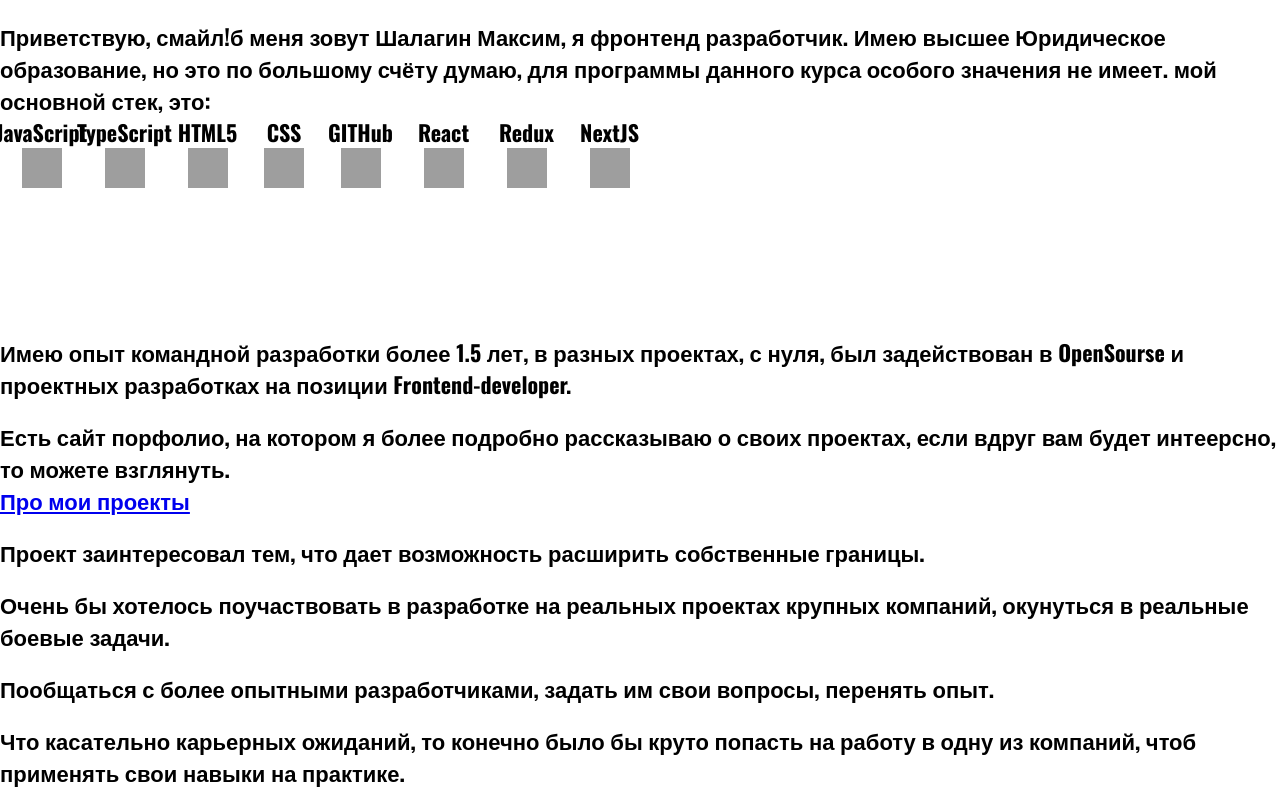
Repository: ni4egonepridumal/letter
Page: index.html
These files come from the project's save history. The page is drawn as it stood at one moment and after the next save; the edit follows.
The browser window is 1280 px wide. The pictures show the whole page.
Pictures or frames that could not be fetched are drawn as grey boxes.

Above is the page before, as saved 2024-01-18 17:32:59.

### index.html
<!DOCTYPE html>
<html lang="en">
  <head>
    <meta charset="UTF-8" />
    <meta name="viewport" content="width=device-width, initial-scale=1.0" />
    <link rel="stylesheet" href="style.css" />
    <link rel="preconnect" href="https://fonts.googleapis.com" />
    <link rel="preconnect" href="https://fonts.gstatic.com" crossorigin />
    <link
      href="https://fonts.googleapis.com/css2?family=Oswald:wght@200..700&display=swap"
      rel="stylesheet"
    />
    <title>Document</title>
  </head>
  <body>
    <div class="container">
      <p>
        Приветствую, смайл!б меня зовут Шалагин Максим, я фронтенд разработчик.
        Имею высшее Юридическое образование, но это по большому счёту думаю, для
        программы данного курса особого значения не имеет. мой основной стек,
        это:
      </p>
      <div class="myScills">
        <div class="img">
          <label>JavaScript</label
          ><img
            src="https://raw.githubusercontent.com/devicons/devicon/master/icons/javascript/javascript-original.svg"
            alt="javascript"
            width="40"
            height="40"
          />
        </div>
        <div class="img">
          <label>TypeScript</label
          ><img
            src="https://raw.githubusercontent.com/devicons/devicon/master/icons/typescript/typescript-original.svg"
            alt="typescript"
            width="40"
            height="40"
          />
        </div>
        <div class="img">
          <label>HTML5</label
          ><img
            src="https://raw.githubusercontent.com/devicons/devicon/master/icons/html5/html5-original-wordmark.svg"
            alt="html5"
            width="40"
            height="40"
          />
        </div>
        <div class="img_css">
          <label>CSS</label
          ><img
            src="https://raw.githubusercontent.com/devicons/devicon/master/icons/css3/css3-original-wordmark.svg"
            alt="css3"
            width="40"
            height="40"
          />
        </div>
        <div class="img">
          <label>GITHub</label
          ><img
            src="https://raw.githubusercontent.com/devicons/devicon/master/icons/github/github-original.svg"
            alt="git"
            width="40"
            height="40"
          />
        </div>
        <div class="img">
          <label>React</label
          ><img
            src="https://raw.githubusercontent.com/devicons/devicon/master/icons/react/react-original-wordmark.svg"
            alt="react"
            width="40"
            height="40"
          />
        </div>
        <div class="img">
          <label>Redux</label
          ><img
            src="https://raw.githubusercontent.com/devicons/devicon/master/icons/redux/redux-original.svg"
            alt="redux"
            width="40"
            height="40"
          />
        </div>
        <div class="img">
          <label>NextJS</label
          ><img
            src="https://cdn.worldvectorlogo.com/logos/nextjs-2.svg"
            alt="nextjs"
            width="40"
            height="40"
          />
        </div>
      </div>
      <ul>
        <li></li>
        <li></li>
        <li></li>
        <li></li>
      </ul>
      <p>
        Имею опыт командной разработки более 1.5 лет, в разных проектах, с нуля,
        был задействован в OpenSourse и проектных разработках на позиции
        Frontend-developer.
      </p>
      <p>
        Есть сайт порфолио, на котором я более подробно рассказываю о своих
        проектах, если вдруг вам будет интеерсно, то можете взглянуть.
      </p>
      <a href="https://portfolio-three-taupe-20.vercel.app/">Про мои проекты</a>
      <p>
        Проект заинтересовал тем, что дает возможность расширить собственные
        границы.
      </p>
      <p>
        Очень бы хотелось поучаствовать в разработке на реальных проектах
        крупных компаний, окунуться в реальные боевые задачи.
      </p>
      <p>
        Пообщаться с более опытными разработчиками, задать им свои вопросы,
        перенять опыт.
      </p>
      <p>
        Что касательно карьерных ожиданий, то конечно было бы круто попасть на
        работу в одну из компаний, чтоб применять свои навыки на практике.
      </p>
    </div>
  </body>
</html>

### style.css
* {
  margin: 0;
  padding: 0;
  box-sizing: border-box;
}

body {
  font-size: 22px;
  font-weight: 700;
  font-family: "Oswald", sans-serif;
}
p {
  margin-top: 20px;
}
.container {
  max-width: 1600px;
  margin: 0 auto;
}
.myScills {
  display: flex;
  flex-wrap: wrap;
}
.img {
  width: 83px;
  display: flex;
  justify-content: center;
  flex-wrap: wrap;
}
.img_css {
  width: 70px;
  display: flex;
  justify-content: center;
  flex-wrap: wrap;
}

After the next save:
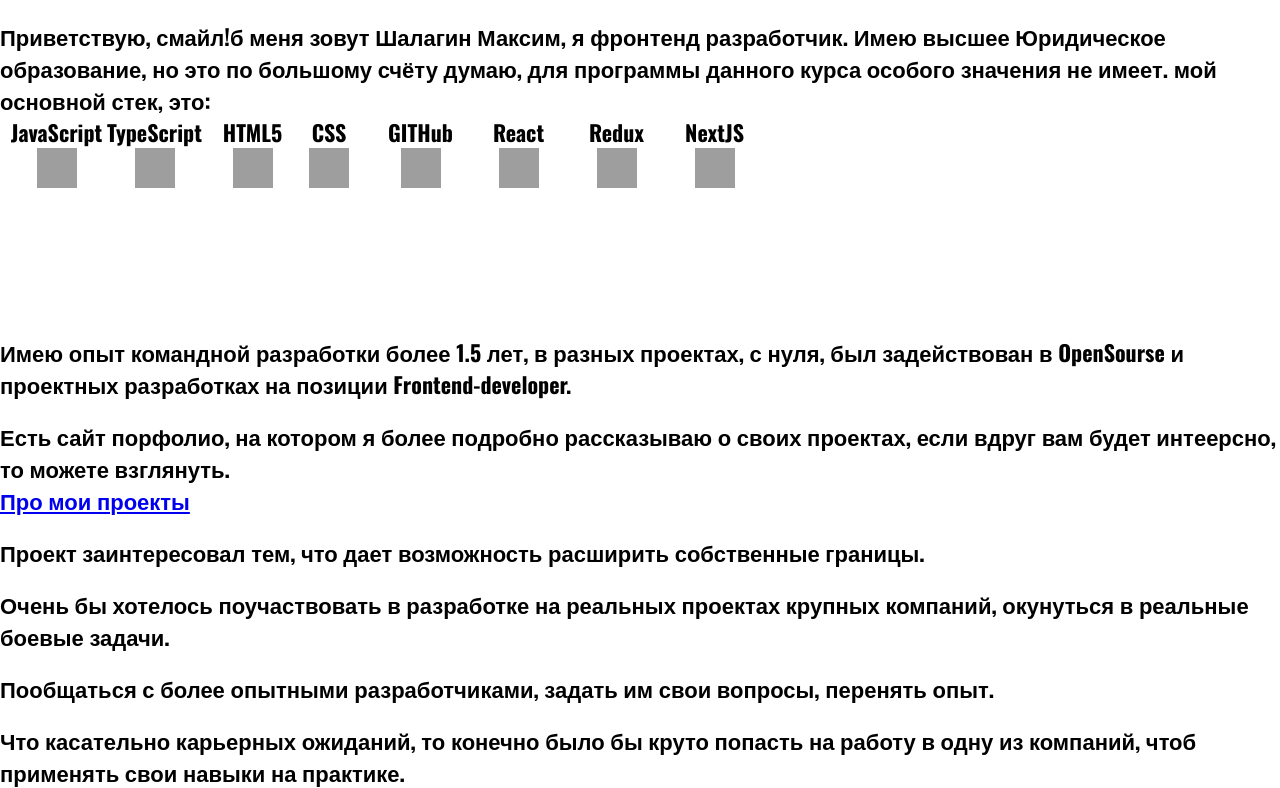
Saved 28 s later.
--- a/style.css
+++ b/style.css
@@ -25,6 +25,7 @@ p {
   display: flex;
   justify-content: center;
   flex-wrap: wrap;
+  margin-left: 15px;
 }
 .img_css {
   width: 70px;
